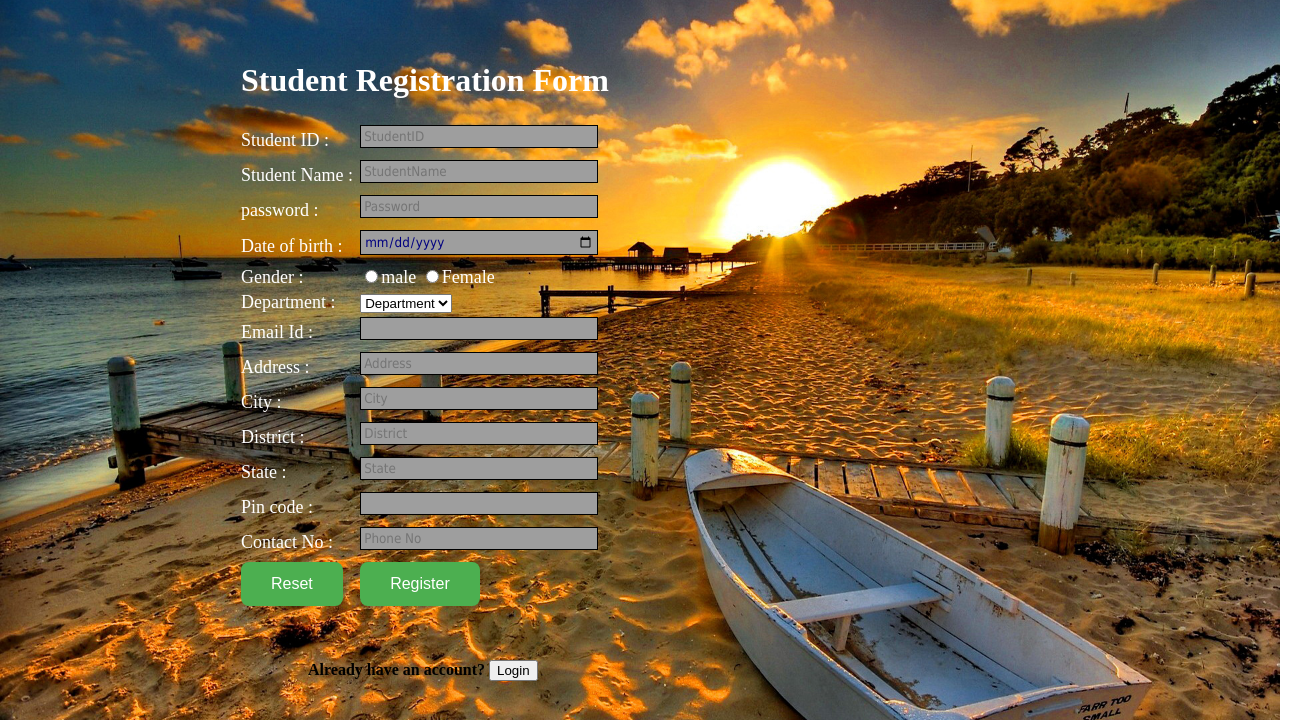
Repository: srikanthModugu/jdbc-servlet-jsp
Page: SutudentRegistration/WebContent/Registration.html
These files come from the project's save history. The page is drawn as it stood at one moment and after the next save; the edit follows.
The browser window is 1280 px wide. The page is 1308 px wide, so the pictures cover 1308 px, including what lies to the right of the window. The pictures show the whole page.
Pictures or frames that could not be fetched are drawn as grey boxes.

Above is the page before, as saved 2017-10-05 11:07:11.

### SutudentRegistration/WebContent/Registration.html
<!DOCTYPE html>
<html>
<head>
<meta charset="UTF-8">
<title>Registration Page</title>
<style type="text/css">
.button {
	border: none;
	border-radius: 8px;
	color: white;
	padding: 13px 30px;
	text-align: center;
	text-decoration: none;
	background-color: #4CAF50;
	display: inline-block;
	font-size: 16px;
}
.tb10 {
	background-image:url(images/form_bg.jpg);
	background-repeat:repeat-x;
	border:1.5px solid black;
	width: 230px;
	color:navy;
	padding:3px;
	margin-right:4px;
	margin-bottom:8px;
	font-family:tahoma, arial, sans-serif;
}
.bg {
    /* The image used */
    background-image: url("back.jpg");

    /* Full height */
    height: 100%;

    /* Center and scale the image nicely */
    background-position: center;
    background-repeat: no-repeat;
    background-size: cover;
}

input[type=submit]
{d #d1c7ac
	border: none;
	border-radius: 8px;
	color: white;
	padding: 13px 30px;
	text-align: center;
	text-decoration: none;

	display: inline-block;
	font-size: 16px;
}

button:hover {
	background-color: #4CAF50;
	color: white;
	box-shadow: 0 12px 16px 0 rgba(0, 0, 0, 0.24), 0 17px 50px 0
		rgba(0, 0, 0, 0.19);
}

td {
	font-size: 18px;
}
</style>

</head>
<body class="bg">


		<div style="height: 700px; width: 1300px; color: white; float: left;">

			<div style="height: 700px; width: 200px;  float: left;">

			</div>

			<div
				style="height: 700px; width: 700px;  color: black; float: left;">
				<form action="RegBean.jsp" method="get" >
					<table style="height: 600; width: 700; margin: 30px;  color: white;">

						<tr>
							<th colspan="2"><h1>Student Registration Form</h1></th>
						</tr>

						<tr>
							<td>Student ID :</td>
							<td><input class="tb10" type='text' name='studentid' size='30' placeholder="StudentID" ><br></td>
						</tr>

						<tr>
							<td>Student Name :</td>
							<td><input class="tb10" type='text' name='studentName' size='30'placeholder="StudentName"><br></td>
						</tr>

						<tr>
							<td>password :</td>
							<td><input class="tb10" type='password' name='password' size='30' placeholder="Password" ><br></td>
						</tr>

						<tr>
							<td>Date of birth :</td>
							<td><input class="tb10" type='date'  name="DOB">
							<br></td>
						</tr>

						<tr>
							<td>Gender :</td>
							<td><input type='radio' name='gender' value='male'>male
								<input type='radio' name='gender' value='female'>Female<br></td>
						</tr>

						<tr>
							<td>Department :</td>
							<td><select name='department'>
									<option>Department</option>
									<option>Computer</option>
									<option>Civil</option>
									<option>E & TC</option>
									<option>Mechanical</option>
									<option>IT</option>
							</select></td>
						</tr>

						<tr>
							<td>Email Id :</td>
							<td><input  class="tb10" type='email' name='emailId' size='30' "><br></td>
						</tr>

						<tr>
							<td>Address :</td>
							<td><input  class="tb10" type='text' name='address' placeholder="Address" size='30'><br></td>
						</tr>

						<tr>
							<td>City :</td>
							<td><input class="tb10" type='text' name='city' size='30'placeholder="City"><br></td>
						</tr>

						<tr>
							<td>District :</td>
							<td><input class="tb10" type='text' name='district' size='30' placeholder="District"><br></td>
						</tr>

						<tr>
							<td>State :</td>
							<td><input class="tb10" type='text' name='state' size='30'placeholder="State"><br></td>
						</tr>

						<tr>
							<td>Pin code :</td>
							<td><input class="tb10" type='text' name='pincode' size='30' maxlength="6"><br></td>
						</tr>

						<tr>
							<td>Contact No :</td>
							<td><input class="tb10" type='text' name='mobileNo' size='30' placeholder="Phone No"><br></td>
						</tr>


						<tr>
							<td><button class="button" type="submit" formaction="RegisterForm.html">Reset</button></td>
							<td><input class="button" type="submit" value="Register" ></td>
						</tr>
					</table>

					<div
						style="height: 25px; width: 400px;  color: black; float: left; margin-left: 100px">
						<h4>
							Already have an account?
							<button type="submit" formaction="LoginPage.html">Login</button>
						</h4>
					</div>
				</form>


			</div>

	</div>

</html>

After the next save:
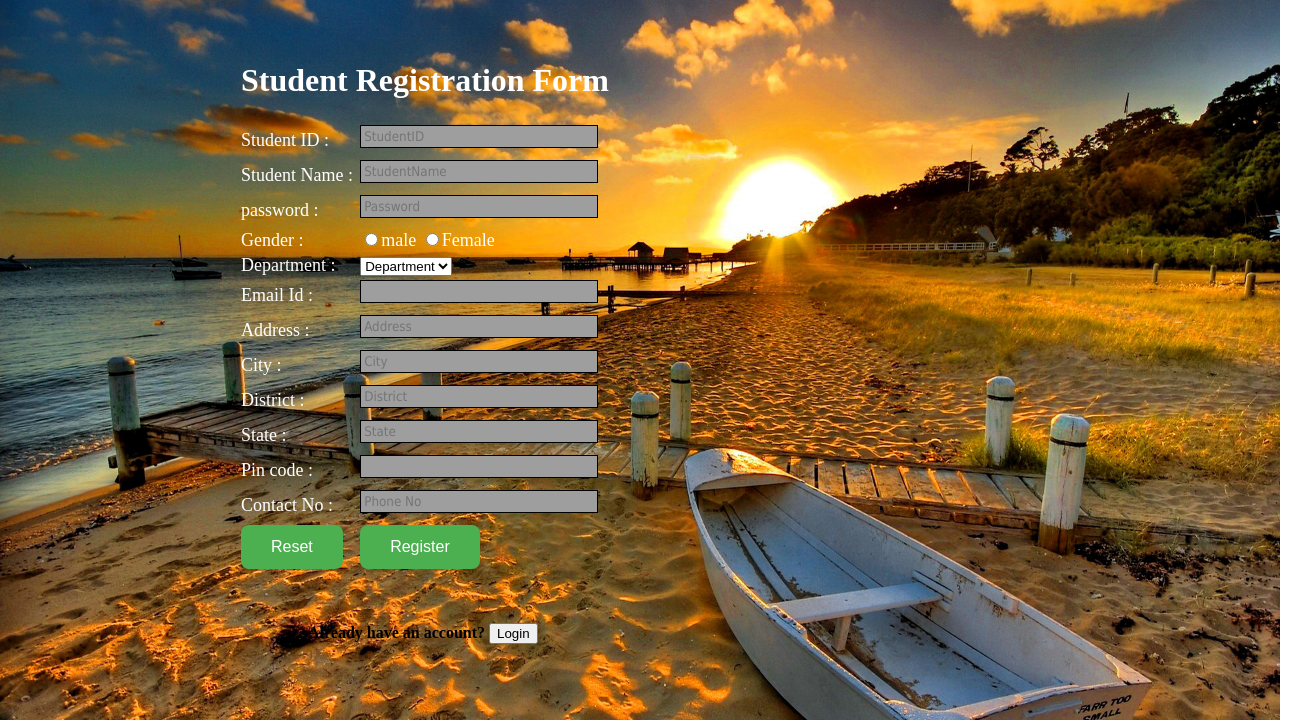
Saved 2 min 46 s later.
--- a/SutudentRegistration/WebContent/Registration.html
+++ b/SutudentRegistration/WebContent/Registration.html
@@ -76,7 +76,7 @@ td {
 
 			<div
 				style="height: 700px; width: 700px;  color: black; float: left;">
-				<form action="RegBean.jsp" method="get" >
+				<form action="RegBean.jsp" method="post" >
 					<table style="height: 600; width: 700; margin: 30px;  color: white;">
 
 						<tr>
@@ -98,11 +98,7 @@ td {
 							<td><input class="tb10" type='password' name='password' size='30' placeholder="Password" ><br></td>
 						</tr>
 
-						<tr>
-							<td>Date of birth :</td>
-							<td><input class="tb10" type='date'  name="DOB">
-							<br></td>
-						</tr>
+
 
 						<tr>
 							<td>Gender :</td>
